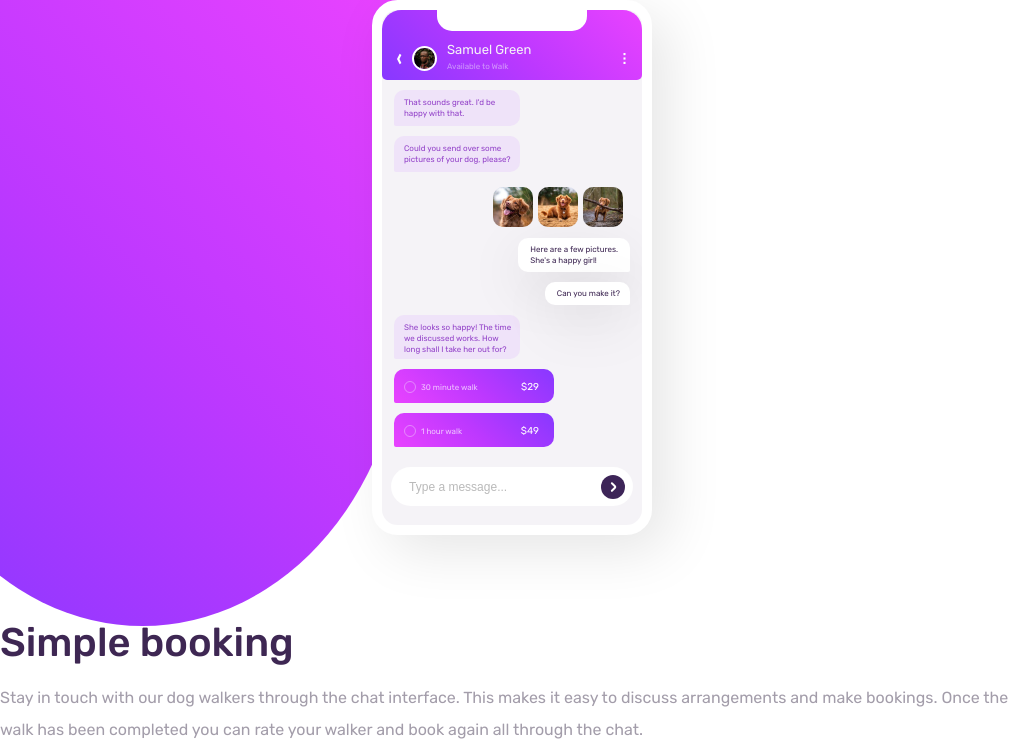
Repository: KamoliddinGIT/chat-app-css-illustration
Page: index.html
The author's editor kept a copy of each file at every save. The page is drawn from the files as they stood at one save, then again after the next save.
The browser window is 1024 px wide. The pictures show the whole page.

Above is the page before, as saved 2023-09-25 20:04:48.

### index.html
<!DOCTYPE html>
<html lang="en">
  <head>
    <meta charset="UTF-8" />
    <meta http-equiv="X-UA-Compatible" content="IE=edge" />
    <meta name="viewport" content="width=device-width, initial-scale=1.0" />
    <link
      rel="icon"
      type="image/png"
      sizes="32x32"
      href="./images/favicon-32x32.png"
    />
    <link
      href="https://fonts.googleapis.com/css2?family=Rubik:wght@400;500;700&display=swap"
      rel="stylesheet"
    />
    <link rel="stylesheet" href="./css/style.css" />
    <title>Chat App CSS Illustration</title>
  </head>
  <body>
    <div class="container">
      <div class="bg"></div>
      <div class="card">
        <div class="header">
          <div class="cam"></div>
          <div class="header_contents">
            <div class="header-left-side">
              <img
                src="./images/arrow.svg"
                alt="left_arrow"
                class="back_icon"
              />
              <img class="avatar" src="./images/avatar.jpg" alt="avatar" />
              <h2>
                Samuel Green <br />
                <span>Available to Walk </span>
              </h2>
            </div>
            <img src="./images/menu.svg" alt="menu" class="menu" />
          </div>
        </div>
        <div class="card-messages">
          <div class="receive-message">
            That sounds great. I'd be happy with that.
          </div>
          <div class="receive-message">
            Could you send over some pictures of your dog, please?
          </div>
          <div class="sent-photo">
            <img src="./images/dog-image-1.jpg" alt="dog1" />
            <img src="./images/dog-image-2.jpg" alt="dog2" />
            <img src="./images/dog-image-3.jpg" alt="dog3" />
          </div>
          <div class="sent-msg">
            Here are a few pictures. She's a happy girl!
          </div>
          <div class="next-msg">Can you make it?</div>
          <div class="receive-message">
            She looks so happy! The time we discussed works. How long shall I
            take her out for?
          </div>
          <div class="receive-price">
            <div class="circle"></div>
            <span class="times">30 minute walk </span>
            <div class="price">$29</div>
          </div>
          <div class="receive-price">
            <div class="circle"></div>
            <span class="times">1 hour walk </span>
            <div class="price">$49</div>
          </div>
          <input
            type="text"
            placeholder="Type a message..."
            class="input-msg"
          />
        </div>
      </div>
      <div class="right-side">
        <h1>Simple booking</h1>
        <p>
          Stay in touch with our dog walkers through the chat interface. This
          makes it easy to discuss arrangements and make bookings. Once the walk
          has been completed you can rate your walker and book again all through
          the chat.
        </p>
      </div>
    </div>
  </body>
</html>

### css/style.css
* {
  margin: 0;
  padding: 0;
  box-sizing: border-box;
}

.container {
  width: 85%;
  min-height: 100vh;
  display: flex;
  justify-content: center;
  gap: 160px;
  align-items: center;
  background-color: white;
  font-family: "Rubik", sans-serif;
}

.bg {
  width: 525px;
  height: 87%;
  left: -120px;
  top: 0;
  position: absolute;
  background-image: linear-gradient(
    45deg,
    hsl(264deg 100% 61%) 0%,
    hsl(280deg 100% 61%) 50%,
    hsl(293deg 100% 63%) 100%
  );
  border-radius: 0 0 50% 50%;
}

.card {
  z-index: 99;
  width: 280px;
  height: 535px;
  border-radius: 1.6rem;
  background-color: hsl(270, 20%, 96%);
  border: 10px solid white;
  box-shadow: 1rem 1rem 3.5rem rgba(0, 0, 0, 0.1);
  overflow: hidden;
}

.header {
  display: flex;
  justify-content: center;
  align-items: center;
  color: white;
  position: relative;
  width: 100%;
  height: 70px;
  border-radius: 1.2rem 1.2rem 5px 5px;
  display: flex;
  flex-direction: column;
  align-items: center;
  background-image: linear-gradient(
    45deg,
    hsl(264deg 100% 61%) 0%,
    hsl(280deg 100% 61%) 50%,
    hsl(293deg 100% 63%) 100%
  );
}

.cam {
  width: 150px;
  height: 22px;
  top: 0;
  background-color: white;
  border-radius: 0 0 15px 15px;
  position: absolute;
  margin: -1px auto 0 auto;
}

.back_icon {
  width: 5px;
  height: 18px;
  cursor: pointer;
}

.header_contents {
  margin-top: 27px;
  width: 100%;
  height: 15px;
  display: flex;
  align-items: center;
  justify-content: space-between;
  padding: 15px;
}

.header-left-side {
  width: 164px;
  height: 29px;
  display: flex;
  align-items: center;
  gap: 10px;
}

.avatar {
  width: 25px;
  height: 25px;
  object-fit: fill;
  border-radius: 50%;
  border: 2px solid white;
}

.header-left-side h2 {
  font-size: 13px;
  font-weight: 400;
  padding-bottom: 3px;
  color: hsl(270, 20%, 96%);
}

.header-left-side h2 span {
  font-size: 8px;
  font-weight: 400;
  opacity: 0.5;
  color: hsl(270, 20%, 96%);
}

.menu {
  cursor: pointer;
  width: 5px;
}

.card-messages {
  display: flex;
  flex-direction: column;
  width: 260px;
  height: 446px;
}

.receive-message {
  width: 126px;
  min-height: 36px;
  background-color: hsla(276, 100%, 81%, 0.2);
  padding: 7px 5px 7px 10px;
  border-radius: 10px 10px 10px 2px;
  margin: 10px 0 0 12px;
  font-size: 8px;
  line-height: 11px;
  color: hsl(276, 55%, 52%);
}

.sent-photo {
  margin: 15px 12px 0 auto;
  width: 142px;
  height: 44px;
  display: flex;
  align-items: center;
}

.sent-photo img {
  width: 40px;
  height: 40px;
  border-radius: 10px;
  object-fit: fill;
  margin-inline-start: 5px;
}

.sent-msg {
  width: 133px;
  height: 34px;
  background-color: white;
  padding: 6px 10px 6px 12px;
  border-radius: 10px 10px 2px 10px;
  box-shadow: 0 1rem 3.5rem rgba(0, 0, 0, 0.1);
  margin: 10px 12px 0 auto;
  font-size: 8px;
  color: hsl(271, 36%, 24%);
  max-width: 22ch;
  line-height: 11px;
}

.next-msg {
  width: 85px;
  height: 23px;
  background-color: white;
  width: fit-content;
  padding: 6px 10px 6px 12px;
  border-radius: 10px 10px 2px 10px;
  box-shadow: 0 1rem 3.5rem rgba(0, 0, 0, 0.1);
  margin: 10px 12px 0 auto;
  font-size: 8px;
  color: hsl(271, 36%, 24%);
  max-width: 22ch;
  line-height: 11px;
}

.receive-price {
  width: 160px;
  height: 34px;
  display: inline-flex;
  align-items: center;
  gap: 5px;
  background-color: hsla(276, 100%, 81%, 0.2);
  width: 160px;
  padding: 12px 15px 10px 10px;
  border-radius: 10px 10px 10px 2px;
  margin: 10px 0 0 12px;
  color: white;
  background-image: linear-gradient(
    45deg,
    hsl(293deg 100% 63%) 0%,
    hsl(280deg 100% 61%) 50%,
    hsl(264deg 100% 61%) 100%
  );
}

.circle {
  width: 12px;
  height: 12px;
  border: 1px solid hsl(270, 20%, 96%);
  border-radius: 50%;
  opacity: 0.4;
}

.times {
  font-size: 8px;
  opacity: 0.7;
}

.price {
  font-size: 10px;
  margin-left: auto;
}

.input-msg {
  width: 93%;
  border: none;
  padding: 12px 40px 12px 18px;
  border-radius: 1.5rem;
  outline: none;
  font-weight: 500;
  color: hsl(271, 36%, 24%);
  margin: 20px auto;
  background-image: url("../images/send-icon.svg");
  background-repeat: no-repeat;
  background-position: 210px;
  background-size: 24px 24px;
}

::placeholder {
  font-size: 12px;
  opacity: 0.5;
}

.right-side {
  z-index: 99;
  width: 300px;
}

.right-side h1 {
  width: 100%;
  color: #3e2753;
  padding: 4rem 0 1rem 0;
  font-weight: 500;
  font-size: 2.5rem;
  text-align: start;
}

.right-side p {
  font-size: 16px;
  font-weight: 300;
  text-align: start;
  line-height: 2rem;
  color: #a39daa;
}

/* --------------media-starts--------------- */

@media only screen and (max-width: 1200px) {
  body {
    width: 100%;
    min-height: 100vh;
    display: flex;
    justify-content: center;
    align-items: center;
  }
  .container {
    max-width: 1200px;
    width: 100%;
    justify-content: center;
    gap: 20px;
    flex-direction: column;
  }
  .right-side {
    display: flex;
    align-items: center;
    flex-direction: column;
    text-align: center;
    width: 100%;
  }
}

After the next save:
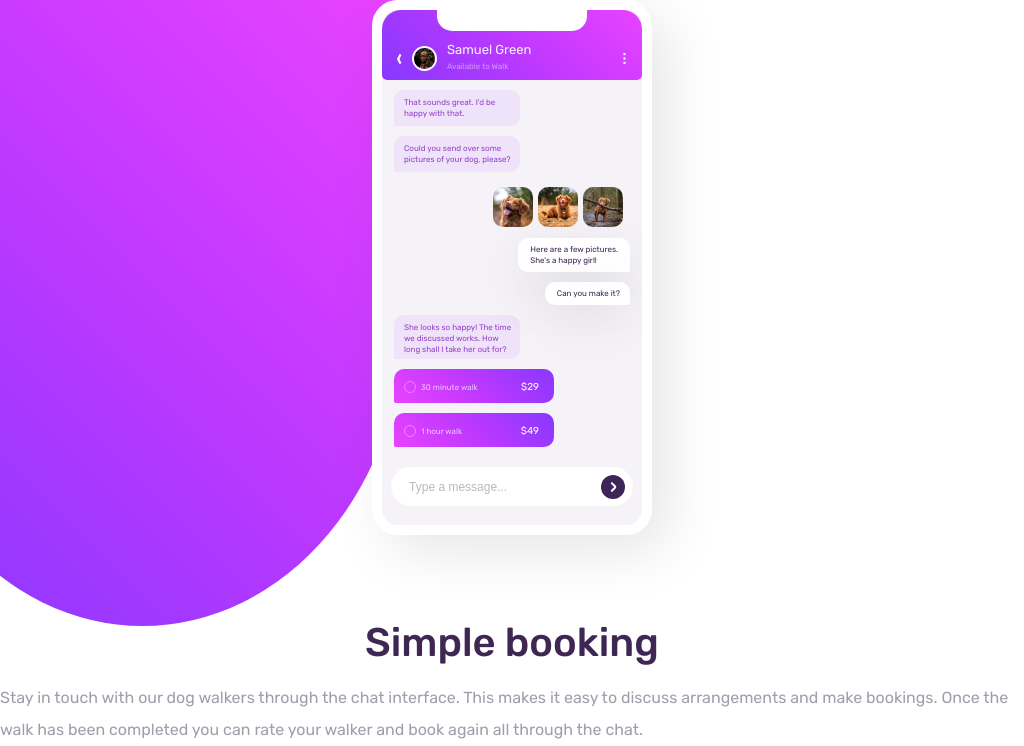
Saved 26 s later.
--- a/css/style.css
+++ b/css/style.css
@@ -290,4 +290,7 @@
     text-align: center;
     width: 100%;
   }
-}
+  .right-side h1 {
+    text-align: center;
+  }
+}
